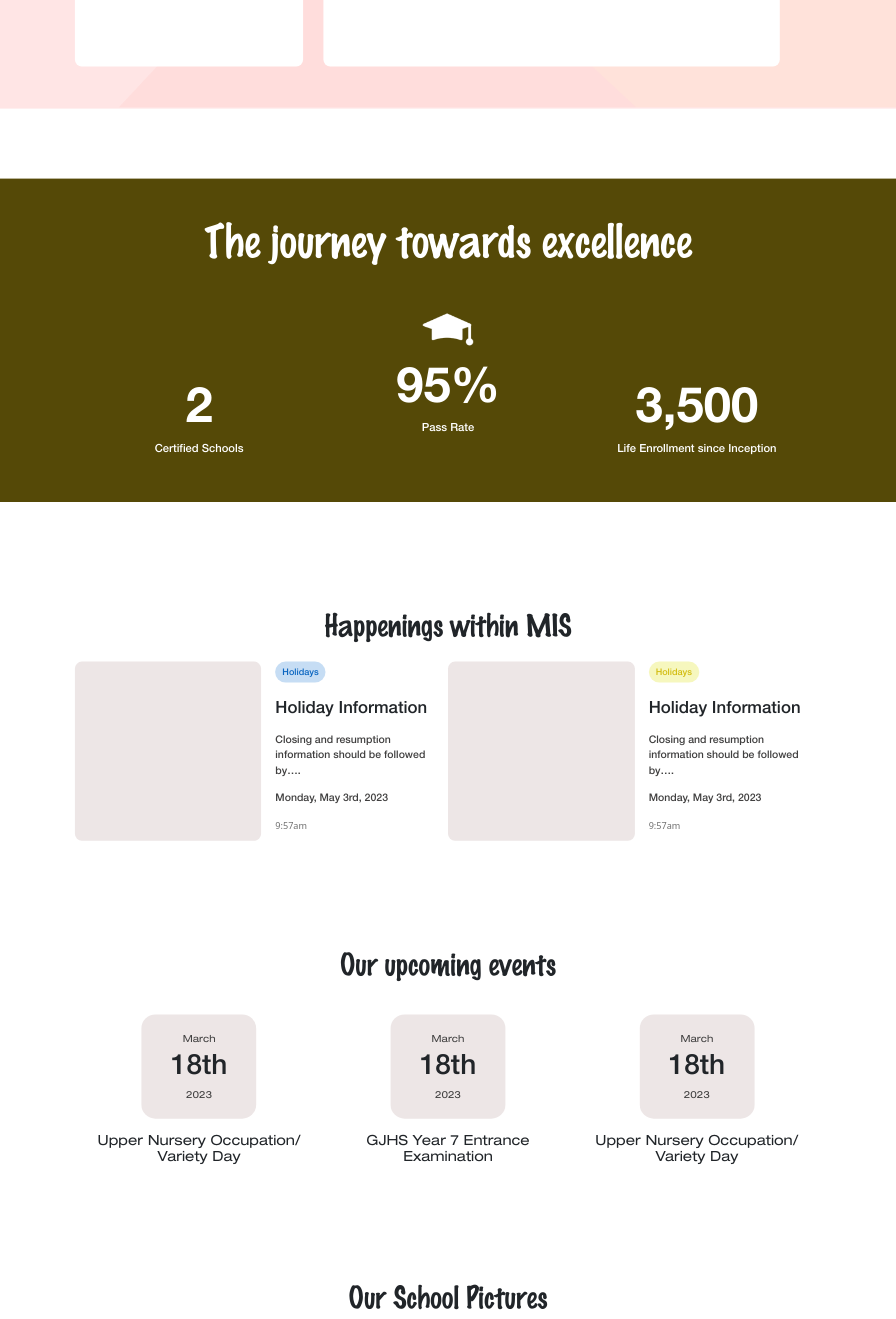
Repository: sarahnnanyelugo/MIGS
Page: /
These files come from the project's save history. The page is drawn as it stood at one moment and after the next save; the edit follows.
The browser window is 1280 px wide. The pictures show the part of the page from y = 3803 to 5723 px (the page is 5687 px tall before and 5723 px after), at 70% of full size.
The project was rebuilt for these pictures with package versions that can differ from the ones it lists, and the page was loaded fresh each time.

Above is the page before, as saved 2023-05-30 14:18:00.

### src/index.js
import React from "react";
import ReactDOM from "react-dom/client";
import "./index.css";
import App from "./App";
import reportWebVitals from "./reportWebVitals";
import "bootstrap/dist/css/bootstrap.min.css";
import { BrowserRouter, Routes, Route, Link, Outlet } from "react-router-dom";
const root = ReactDOM.createRoot(document.getElementById("root"));
root.render(
  <BrowserRouter>
    <App />
  </BrowserRouter>
);

// If you want to start measuring performance in your app, pass a function
// to log results (for example: reportWebVitals(console.log))
// or send to an analytics endpoint. Learn more: https://bit.ly/CRA-vitals
reportWebVitals();

### src/App.js
import logo from "./logo.svg";
import "./App.scss";
import "bootstrap/dist/css/bootstrap.min.css";
import { BrowserRouter, Routes, Route, Link, Outlet } from "react-router-dom";
import Home from "./pages/Home/Home";
import ScrollToTop from "./components/scrollToTop";
import NavBar from "./components/NavBar/NavBar";
function App() {
  return (
    <>
      <ScrollToTop />
      <NavBar />
      <Routes>
        {" "}
        <Route path="/" element={<Home />} />
        {/* <Route path="tech-hub-page" element={<TechHub />} />
        <Route path="team-hire" element={<TeamHire />} />
        <Route path="hire-page" element={<HiringPage />} /> */}
      </Routes>
    </>
  );
}

export default App;

### src/App.scss
@font-face {
  font-family: maker;
  src: url(./assets/fonts/marker-felt/Marker-Felt.ttf);
}
@font-face {
  font-family: helveticaB;
  src: url(./assets/fonts/helvetica/HelveticaNeueBold.ttf);
}
@font-face {
  font-family: helveticaM;
  src: url(./assets/fonts/helvetica/HelveticaNeueMedium.ttf);
}
@font-face {
  font-family: helveticaR;
  // src: url(./assets/fonts/helvetica/HelveticaNeueRegular.ttf);
  src: url(./assets/fonts/helvetica/HelveticaNeue-Extended.otf);
}

h1,
h2,
h3,
h4,
h5,
h6 {
  font-family: maker;
}

### src/components/NavBar/NavBar.jsx
import React, { useEffect, useState, useRef } from "react";
import { Link, NavLink } from "react-router-dom";
import "./_navbar.scss";
import { useLocation } from "react-router-dom";
// import Icofont from "react-icofont";
import Logo from "../../assets/images/logo2.png";

function NavBar() {
  return (
    <>
      <div className="nav-container col-md-10 offset-md-1">
        {" "}
        <div className=" col-md-1 tech-logo-div">
          {" "}
          <img className="tech-logo" src={Logo} alt="Scholar" width="60%" />
        </div>
        <ul className="list-inline list-unstyled ">
          <li className="list-inline-item">
            <NavLink className="tech-links cool-link" to={"/"}>
              About
            </NavLink>
          </li>
          <li className="list-inline-item">
            <NavLink className="tech-links cool-link">Admission</NavLink>
          </li>
          <li className="list-inline-item">
            <NavLink className="tech-links cool-link">Academics</NavLink>
          </li>
          <li className="list-inline-item">
            <NavLink className="tech-links cool-link">IEC</NavLink>
          </li>{" "}
          <li className="list-inline-item">
            <NavLink className="tech-links cool-link">E-shop</NavLink>
          </li>
          <li className="list-inline-item">
            <NavLink className="tech-links cool-link">Gallery</NavLink>
          </li>
          <li className="list-inline-item">
            <button className="nav-btn">e-portal</button>
          </li>
        </ul>
      </div>
    </>
  );
}

export default NavBar;

### src/components/AppModal/AppModal.js
import "./_app-modal.scss";

// import ModalImg from "../../assets/read2.png";
// import SampleLogo from "../../assets/wellspring.png";

import React, { useEffect, useRef, useState } from "react";

export const AppModal = () => {
  const [showActive, setShowActive] = useState(false);
  const modalContainer = useRef(null);
  const bodyTag = useRef(null);

  useEffect(() => {
    setTimeout(() => {
      // modalContainer.addClass("two");
      // document.body.addClass("modal-active");
      setShowActive(true);
      // modalContainer.click(function () {
      // setShowActive(false);
      // this.addClass("out");
      // document.body.removeClass("modal-active");
      // });
    }, 2000);
  }, []);
  const setThisShowActive = () => {
    setShowActive(!showActive);
  };
  return (
    <>
      <div
        className={`col-md-2 my-app-modal-container ${
          showActive ? "modal-active" : ""
        }`}
      >
        <div
          ref={modalContainer}
          className={`col-md-12 ${showActive ? "two" : ""}`}
          id="modal-container"
        >
          <div className="modal-background col-md-12">
            <button onClick={setThisShowActive} className="close-btn">
              {/* <i class="icofont-close">x</i> */}X
            </button>

            <div className="modal col-md-10">
              <div className="col-md-12 ">
                <h2>Admission in progress</h2>
                <p>
                  Admission is currently on into Creche, Pre-school, Primary and
                  Secondary classes.
                </p>
                <buttton className="app-btn col-md-12">Apply Now</buttton>
              </div>{" "}
            </div>
          </div>
        </div>
      </div>
    </>
  );
};

### src/pages/Home/home.scss
@import "../../variables";
@import "../../shared-styles";
.landing-img {
  position: relative;
  text-align: left;
  color: #fff;
  height: 800px;
  background-color: grey;
}
.centered {
  position: absolute;
  top: 50%;
  left: 20%;

  transform: translate(-50%, -50%);
  h1 {
    font-size: 114px !important;
  }
}
.welcome-header {
  color: #707070;

  h1 {
    font-size: 60px;
  }
}
.welcome-paragraph {
  p {
    color: #707070;
    font-family: helveticaM;
  }
}
.welcome-div {
  height: 800px;
  background: url("../../assets/images/curly.png");
  background-size: contain;
  background-repeat: no-repeat;
}
.section-div {
  margin-top: -280px;

  h1 {
    font-size: 60px;
    color: #707070;
  }
}
.sections-container {
  position: relative;
  text-align: center;
  margin-bottom: 50px;
  border-radius: 10px;
  height: 358px;
}
.bottom-left {
  position: absolute;
  bottom: 8px;
  left: 16px;
}
.early-years {
  background: #ff5252;
  color: #fff;
}
.primary {
  background: #f2e15f;
  color: #000;
}
.special {
  background: #838383;
  color: #fff;
}
.junior {
  background: #2ebbef;
  color: #fff;
}
.senior {
  background: #30eaa9;
  color: #000;
}
.birthright-div {
  background: url("../../assets/images/pink-bg.png");
  background-size: cover;
  background-repeat: no-repeat;
  padding: 60px 0;
  margin: 100px 0;
  h1 {
    margin-bottom: 20px;
  }
  span {
    color: $red;
    font-size: 60px;
  }
  color: #707070;
  p {
    font-family: helveticaM;
    margin-bottom: 100px;
  }
  .img-div {
    height: 487px;
    border-radius: 10px;
    background: #fff;
  }
}
.stats-div {
  background: #554907;
  padding: 50px 0;
  h1 {
    color: #fff;
    font-size: 60px;
    // margin-bottom: 40px;
  }
  .stats {
    h1 {
      color: #fff;
      font-size: 70px;
      font-family: helveticaB;
    }
    p {
      color: #fff;
      font-family: helveticaM;
    }
  }
}
.news-div {
  margin-bottom: 50px;
  .img-div2 {
    background: #ede6e6;
    border-radius: 10px;
    height: 256px;
  }
  .news-details {
    padding: 0 0 0 20px;
    h4 {
      font-family: helveticaM;
      margin: 20px 0;
    }
    button {
      border: none;
      width: 72px;
      height: 30px;
      font-size: 13px;
      font-family: helveticaM;
      border-radius: 35px;
    }
    p {
      font-family: helveticaM;
      color: #414040;
      font-size: 15px;
    }
    small {
      font-size: 13px;
      color: #707070;
    }
    .holidays {
      background: #c6ddf4;
      color: #0b66c1;
    }
    .events {
      background: #f6f7be;
      color: #d3bd13;
    }
  }
}
.events-container {
  height: 149px;
  background: #ede6e6;
  width: 164px;
  border-radius: 20px;
  padding-top: 22px;
  h1 {
    font-family: helveticaM;
  }
  small {
    font-family: helveticaR;
    color: #414040;
  }
}
.upcoming-div {
  p {
    font-family: helveticaR;
    font-size: 20px;
    margin-top: 20px;
    line-height: 22px;
  }
}

### src/pages/Home/Events.js
import React from "react";

function Events({ day, year, month }) {
  return (
    <div className="events-container">
      <center>
        <small>{month}</small>
        <h1>{day}</h1>
        <small>{year}</small>
      </center>
    </div>
  );
}

export default Events;

### src/components/NavBar/_navbar.scss
@import "../../variables";
@import "../../shared-styles";

.nav-container {
  display: flex;
  padding-top: 20px;
  position: relative;
  z-index: 2 !important;
  padding-bottom: 0;
  height: 90px;
  background-color: #fff !important;
  ul li {
    margin-top: 0px !important;
  }
  .nav-btn {
    @include app-btn;
    padding: 8px 40px;
    // margin-top: 0 !important;
    border: none;
  }
  .tech-logo-div {
    flex-grow: 1 !important;
    margin-top: -10px;
  }
  .tech-links {
    color: #000;
    text-decoration: none;
    font-family: helveticaM;
    margin: 0px 28px !important;
    &:hover {
      color: $red;
    }
  }
}

### src/components/AppModal/_app-modal.scss
@import "../../variables";
@import "../../shared-styles";

.my-app-modal-container {
  position: relative;
  z-index: 3000 !important;
  .close-btn {
    right: 39% !important;
    background: grey !important;
    border-radius: 100%;
    position: relative;
    float: right;
    height: 30px !important;
    width: 30px !important;
    font-size: 15px;
    font-weight: bold;
    color: #fff !important;
    margin-top: -25px;

    background: transparent;
    border: none;
    z-index: 4000;
    &:hover {
      color: $lightblue !important;
    }
    @media screen and (max-width: 620px) {
      right: 5% !important;
      margin-top: 20px;
    }
  }
  * {
    box-sizing: border-box;
  }

  html,
  body,
  .my-app-modal-container {
    min-height: 100%;
    height: 100%;

    &.modal-active {
      overflow: hidden;
    }
  }

  #modal-container {
    position: fixed;
    display: table;
    height: 100%;
    width: 100%;
    top: 0;
    left: 0;
    transform: scale(0);
    z-index: 1;

    &.two {
      transform: scale(1);
      .modal-background {
        background: rgba(0, 0, 0, 0);
        animation: fadeIn 0.5s cubic-bezier(0.165, 0.84, 0.44, 1) forwards;
        .modal {
          opacity: 0;
          animation: scaleUp 1s cubic-bezier(0.165, 0.84, 0.44, 1) forwards;
          background: #fff !important;
          border-radius: 10px;
          width: 25%;
          height: 70%;
          top: 0px;
          padding: 20px;
          @media screen and (max-width: 620px) {
            height: fit-content;
            width: 90%;
            top: 70px;
          }
          color: black;

          p {
            text-align: center !important;
            font-family: helveticaM;
            font-size: 14px;
          }
          h2 {
            font-family: helveticaB;
          }
        }
      }
      + .content {
        animation: scaleBack 0.5s cubic-bezier(0.165, 0.84, 0.44, 1) forwards;
      }
      &.out {
        animation: quickScaleDown 0s 0.5s linear forwards;
        .modal-background {
          animation: fadeOut 0.5s cubic-bezier(0.165, 0.84, 0.44, 1) forwards;
          .modal {
            animation: scaleDown 0.5s cubic-bezier(0.165, 0.84, 0.44, 1)
              forwards;
          }
        }
        + .content {
          animation: scaleForward 0.5s cubic-bezier(0.165, 0.84, 0.44, 1)
            forwards;
        }
      }
    }

    .modal-background {
      display: table-cell;
      background: rgba(0, 0, 0, 0.6);
      text-align: center;
      vertical-align: middle;
      .modal {
        background: white;
        padding: 30px 0;
        display: inline-block;
        position: relative;

        .modal-svg {
          position: absolute;
          top: 0;
          left: 0;
          height: 100%;
          width: 100%;
          border-radius: 3px;
          rect {
            stroke: #fff;
            stroke-width: 2px;
            stroke-dasharray: 778;
            stroke-dashoffset: 778;
          }
        }
      }
    }
  }

  @keyframes unfoldIn {
    0% {
      transform: scaleY(0.005) scaleX(0);
    }
    50% {
      transform: scaleY(0.005) scaleX(1);
    }
    100% {
      transform: scaleY(1) scaleX(1);
    }
  }

  @keyframes unfoldOut {
    0% {
      transform: scaleY(1) scaleX(1);
    }
    50% {
      transform: scaleY(0.005) scaleX(1);
    }
    100% {
      transform: scaleY(0.005) scaleX(0);
    }
  }

  @keyframes zoomIn {
    0% {
      transform: scale(0);
    }
    100% {
      transform: scale(1);
    }
  }

  @keyframes zoomOut {
    0% {
      transform: scale(1);
    }
    100% {
      transform: scale(0);
    }
  }

  @keyframes fadeIn {
    0% {
      background: rgba(0, 0, 0, 0);
    }
    100% {
      background: rgba(0, 0, 0, 0.7);
    }
  }

  @keyframes fadeOut {
    0% {
      background: rgba(0, 0, 0, 0.7);
    }
    100% {
      background: rgba(0, 0, 0, 0);
    }
  }

  @keyframes scaleUp {
    0% {
      transform: scale(0.8) translateY(1000px);
      opacity: 0;
    }
    100% {
      transform: scale(1) translateY(0px);
      opacity: 1;
    }
  }

  @keyframes scaleDown {
    0% {
      transform: scale(1) translateY(0px);
      opacity: 1;
    }
    100% {
      transform: scale(0.8) translateY(1000px);
      opacity: 0;
    }
  }

  @keyframes scaleBack {
    0% {
      transform: scale(1);
    }
    100% {
      transform: scale(0.85);
    }
  }

  @keyframes scaleForward {
    0% {
      transform: scale(0.85);
    }
    100% {
      transform: scale(1);
    }
  }

  @keyframes quickScaleDown {
    0% {
      transform: scale(1);
    }
    99.9% {
      transform: scale(1);
    }
    100% {
      transform: scale(0);
    }
  }

  @keyframes slideUpLarge {
    0% {
      transform: translateY(0%);
    }
    100% {
      transform: translateY(-100%);
    }
  }

  @keyframes slideDownLarge {
    0% {
      transform: translateY(-100%);
    }
    100% {
      transform: translateY(0%);
    }
  }

  @keyframes moveUp {
    0% {
      transform: translateY(150px);
    }
    100% {
      transform: translateY(0);
    }
  }

  @keyframes moveDown {
    0% {
      transform: translateY(0px);
    }
    100% {
      transform: translateY(150px);
    }
  }

  @keyframes blowUpContent {
    0% {
      transform: scale(1);
      opacity: 1;
    }
    99.9% {
      transform: scale(2);
      opacity: 0;
    }
    100% {
      transform: scale(0);
    }
  }

  @keyframes blowUpContentTwo {
    0% {
      transform: scale(2);
      opacity: 0;
    }
    100% {
      transform: scale(1);
      opacity: 1;
    }
  }

  @keyframes blowUpModal {
    0% {
      transform: scale(0);
    }
    100% {
      transform: scale(1);
    }
  }

  @keyframes blowUpModalTwo {
    0% {
      transform: scale(1);
      opacity: 1;
    }
    100% {
      transform: scale(0);
      opacity: 0;
    }
  }

  @keyframes roadRunnerIn {
    0% {
      transform: translateX(-1500px) skewX(30deg) scaleX(1.3);
    }
    70% {
      transform: translateX(30px) skewX(0deg) scaleX(0.9);
    }
    100% {
      transform: translateX(0px) skewX(0deg) scaleX(1);
    }
  }

  @keyframes roadRunnerOut {
    0% {
      transform: translateX(0px) skewX(0deg) scaleX(1);
    }
    30% {
      transform: translateX(-30px) skewX(-5deg) scaleX(0.9);
    }
    100% {
      transform: translateX(1500px) skewX(30deg) scaleX(1.3);
    }
  }

  @keyframes sketchIn {
    0% {
      stroke-dashoffset: 778;
    }
    100% {
      stroke-dashoffset: 0;
    }
  }

  @keyframes sketchOut {
    0% {
      stroke-dashoffset: 0;
    }
    100% {
      stroke-dashoffset: 778;
    }
  }

  @keyframes modalFadeIn {
    0% {
      background-color: transparent;
    }
    100% {
      background-color: white;
    }
  }

  @keyframes modalFadeOut {
    0% {
      background-color: white;
    }
    100% {
      background-color: transparent;
    }
  }

  @keyframes modalContentFadeIn {
    0% {
      opacity: 0;
      top: -20px;
    }
    100% {
      opacity: 1;
      top: 0;
    }
  }

  @keyframes modalContentFadeOut {
    0% {
      opacity: 1;
      top: 0px;
    }
    100% {
      opacity: 0;
      top: -20px;
    }
  }

  @keyframes bondJamesBond {
    0% {
      transform: translateX(1000px);
    }
    80% {
      transform: translateX(0px);
      border-radius: 75px;
      height: 75px;
      width: 75px;
    }
    90% {
      border-radius: 3px;
      height: 182px;
      width: 247px;
    }
    100% {
      border-radius: 3px;
      height: 162px;
      width: 227px;
    }
  }

  @keyframes killShot {
    0% {
      transform: translateY(0) rotate(0deg);
      opacity: 1;
    }
    100% {
      transform: translateY(300px) rotate(45deg);
      opacity: 0;
    }
  }

  @keyframes fadeToRed {
    0% {
      background-color: rgba(black, 0.6);
    }
    100% {
      background-color: rgba(red, 0.8);
    }
  }

  @keyframes slowFade {
    0% {
      opacity: 1;
    }
    99.9% {
      opacity: 0;
      transform: scale(1);
    }
    100% {
      transform: scale(0);
    }
  }
}

### src/_variables.scss
$yellow: rgb(255, 210, 16);
$red: #ff5252;
$skyblue: rgb(83, 180, 242);
$lightblue: rgb(12, 99, 177);
$lightblue2: rgb(12, 88, 160);
$lighterblue: rgb(211, 236, 252);
$deepblue2: rgb(0, 79, 157);
$mainblue: rgb(1, 71, 141);

@mixin app-btn {
  color: #fff;
  border-radius: 35px;
  padding: 8px 130px;
  font-size: 14px;
  background: $red;

  font-family: helveticaM;
  &:hover {
    background: #c90e0e;
    transition: 0.5s ease;
  }
}

### src/_shared-styles.scss
@import "./variables";

@media screen and (max-width: 620px) {
  .flexyM {
    display: flex !important;
  }
  .side-menu {
    display: none !important;
  }
  .page-body {
    padding: 20px;
  }

  .dn {
    display: none;
  }
  .holder img {
    height: 200px;
    margin-top: 40px !important;
  }
  .overlay {
    bottom: -30px !important;
  }
  .m-margin {
    margin-top: 0 !important;
    margin-bottom: 0 !important;
  }
  .navigations {
    display: none;
  }
  .breadcrum {
    margin-top: 350px !important;
  }
}
@media screen and (min-width: 620px) {
  .flexy {
    display: flex;
  }
  .spread {
    display: flex;
  }
  // {
  //   display:none;
  // }
}

/* Container needed to position the overlay. Adjust the width as needed */
.holder {
  position: relative;
  width: 100%;
}

.side-nav2 {
  @media screen and (max-width: 620px) {
    padding: 0 10px 0;
  }
}
.br {
  border-radius: 10px;
}
.mt1 {
  margin-top: 10px;
}
.mt2 {
  margin-top: 20px;
}
.mt3 {
  margin-top: 30px;
}
.mt4 {
  margin-top: 40px;
}
.mt5 {
  margin-top: 50px;
}
.mt6 {
  margin-top: 60px;
}
.mt7 {
  margin-top: 70px;
}
.mt8 {
  margin-top: 80px;
}
.mt9 {
  margin-top: 90px;
}
.mt {
  margin-top: 120px;
}
.mtt {
  margin-top: 150px;
}
.mr1 {
  margin-right: 10px;
}
.mr2 {
  margin-right: 20px;
}
.mr3 {
  margin-right: 30px;
}
.mr4 {
  margin-right: 40px;
}
.mr5 {
  margin-right: 50px;
}
.mr6 {
  margin-right: 60px;
}
.mr7 {
  margin-right: 70px;
}
.mb1 {
  margin-bottom: 10px;
}
.mb2 {
  margin-bottom: 20px;
}
.mb3 {
  margin-bottom: 30px;
}
.mb4 {
  margin-bottom: 40px;
}
.mb5 {
  margin-bottom: 50px;
}
.mb6 {
  margin-bottom: 60px;
}
.ml2 {
  margin-left: 20px;
}
.ml3 {
  margin-left: 30px;
}
.ml4 {
  margin-left: 40px;
}
.ml5 {
  margin-left: 50px;
}
.ml6 {
  margin-left: 60px;
}

.app-btn {
  @include app-btn;
  width: 100% !important;
}
.tac {
  text-align: center;
}
.normal-link {
  font-family: helveticaM;
  color: black !important;
  text-decoration: none;
}

Loaded but not shown: public/index.html (common file); src/index.css (common file); src/reportWebVitals.js (common file); src/components/scrollToTop.js (common file); src/pages/Home/Home.js (332 lines, source omitted)

After the next save:
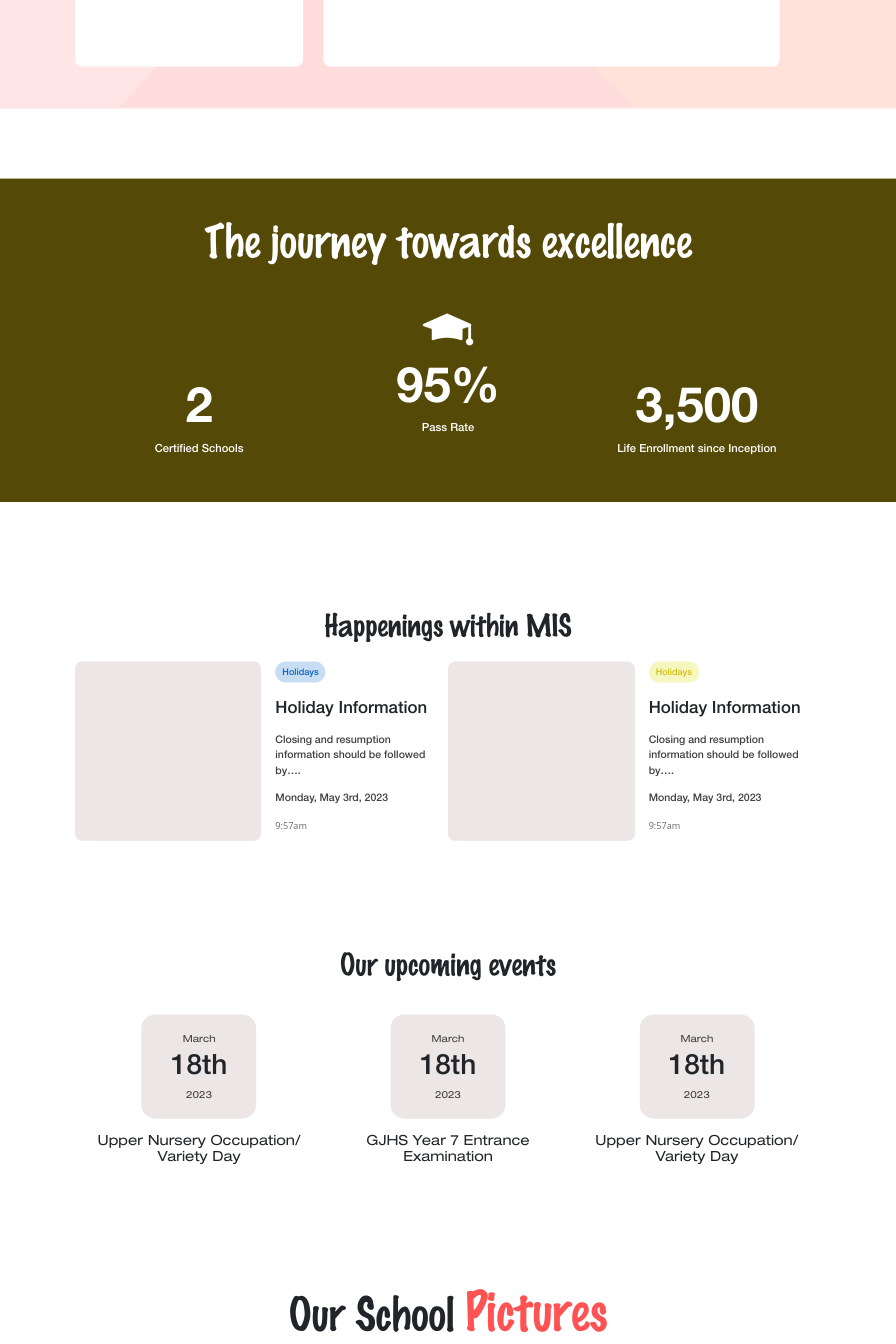
Saved 38 s later.
--- a/src/pages/Home/home.scss
+++ b/src/pages/Home/home.scss
@@ -182,3 +182,12 @@
     line-height: 22px;
   }
 }
+.pictures-container {
+  h1 {
+    font-size: 60px;
+  }
+  span {
+    font-size: 70px;
+    color: $red;
+  }
+}
